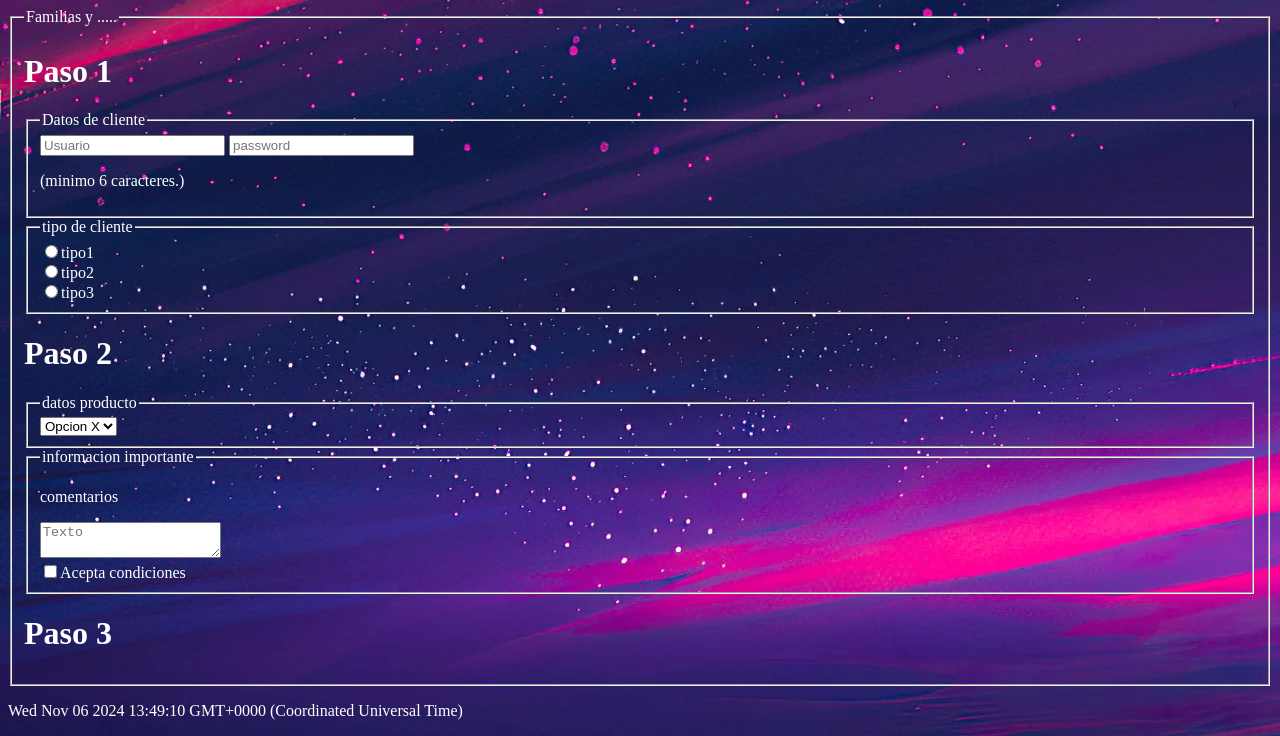
Repository: demoniers/clase
Page: lenguajes/html2/ej11/src/index.html
These files come from the project's save history. The page is drawn as it stood at one moment and after the next save; the edit follows.
The browser window is 1280 px wide. The pictures show the whole page.

Above is the page before, as saved 2024-11-18 13:13:10.

### lenguajes/html2/ej11/src/index.html
<!DOCTYPE html>
<html>
  <head>
    <base href="../img/">
    <title>Hojas de Estilo</title>
    <link rel="icon" type="image/x-icon" href="../img/icon.ico">
    <link rel="stylesheet" href="../style/style.css" />
    <meta name="author" content="Diego" />
    <meta name="description" content="Esto es una web" />
    <!---meta http-equiv="refresh" content="60; URL=http://www.google.com/" /> -->
  </head>

  <body>
    <div id="container">
      <fieldset>
        <legend>Familias y ..... </legend>
        <h1>Paso 1</h1>
        <fieldset class="75">
          <legend>Datos de cliente</legend>
          <input type="text" name="user" id="user" placeholder="Usuario">
          <input type="password" name="password" id="password" placeholder="password">
          <p>(minimo 6 caracteres.)</p>
        </fieldset>
        <fieldset class="25">
          <legend>tipo de cliente</legend>
          <input type="radio" name="tipo" id="tipo">tipo1<br>
          <input type="radio" name="tipo" id="tipo">tipo2<br>
          <input type="radio" name="tipo" id="tipo">tipo3<br>
        </fieldset>
        <h1>Paso 2</h1>
        <fieldset class="50">
          <legend>datos producto</legend>
          <select name="select" id="select">
            <option value="opcion X"> Opcion X</option>
            <option value="opcion X" selected> Opcion X</option>
            <option value="opcion X"> Opcion X</option>
            <option value="opcion X"> Opcion X</option>
            <option value="opcion X" selected> Opcion X</option>
            <option value="opcion X"> Opcion X</option>
            <option value="opcion X"> Opcion X</option>
            <option value="opcion X" selected> Opcion X</option>
          </select>
        </fieldset>
        <fieldset class="50">
          <legend>informacion importante</legend>
          <p>comentarios</p>
          <textarea name="text" id="text" placeholder="Texto"></textarea><br>
          <input type="checkbox" name="checkbox" id="checkbox" value="acepta">Acepta condiciones
        </fieldset>
        <h1>Paso 3</h1>
      </fieldset>
    </div>
    <p id="fh"></p>
  </body>
  <script>
    fecha = document.getElementById("fh");
    f = new Date();
    fecha.innerHTML = f;
</script>
</html>

### lenguajes/html2/ej11/style/style.css
        /* Estilo que aplica al cuerpo de la página */
        body {
            background-color: #ae58bb;
            background-image: url(../img/fondo.jpg);
            color: white;
        }

After the next save:
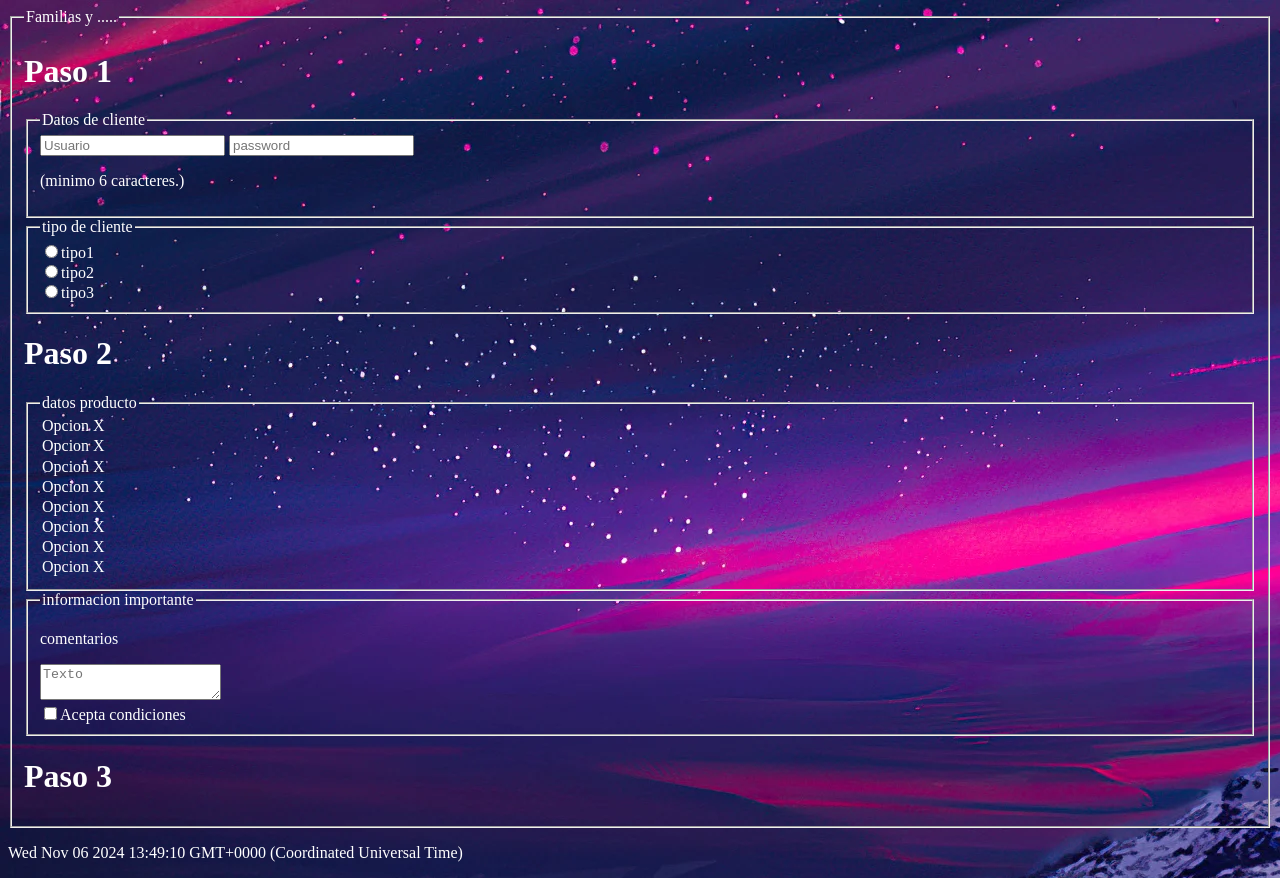
Saved 40 s later.
--- a/lenguajes/html2/ej11/src/index.html
+++ b/lenguajes/html2/ej11/src/index.html
@@ -30,7 +30,7 @@
         <h1>Paso 2</h1>
         <fieldset class="50">
           <legend>datos producto</legend>
-          <select name="select" id="select">
+          <area name="select" id="select">
             <option value="opcion X"> Opcion X</option>
             <option value="opcion X" selected> Opcion X</option>
             <option value="opcion X"> Opcion X</option>
@@ -39,7 +39,7 @@
             <option value="opcion X"> Opcion X</option>
             <option value="opcion X"> Opcion X</option>
             <option value="opcion X" selected> Opcion X</option>
-          </select>
+          </area>
         </fieldset>
         <fieldset class="50">
           <legend>informacion importante</legend>

After the save that followed:
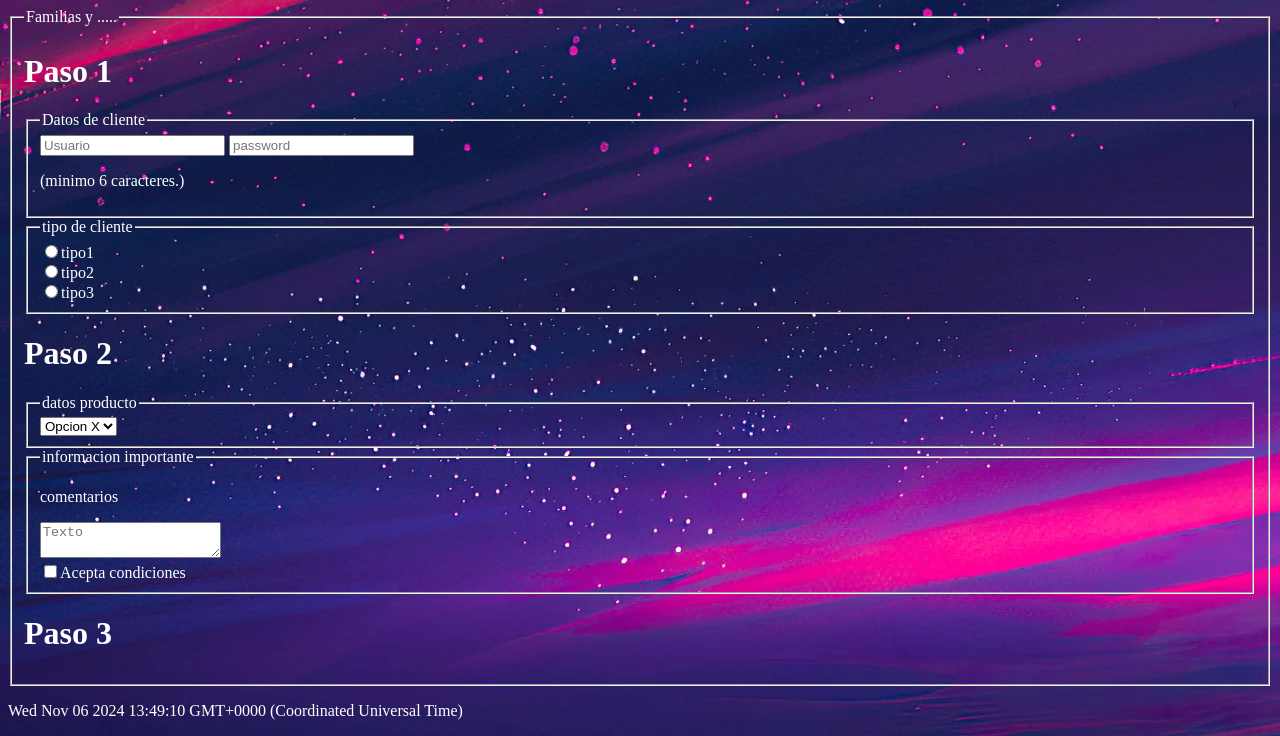
Saved 2 min 59 s later.
--- a/lenguajes/html2/ej11/src/index.html
+++ b/lenguajes/html2/ej11/src/index.html
@@ -30,7 +30,7 @@
         <h1>Paso 2</h1>
         <fieldset class="50">
           <legend>datos producto</legend>
-          <area name="select" id="select">
+          <select name="select" id="select">
             <option value="opcion X"> Opcion X</option>
             <option value="opcion X" selected> Opcion X</option>
             <option value="opcion X"> Opcion X</option>
@@ -39,7 +39,7 @@
             <option value="opcion X"> Opcion X</option>
             <option value="opcion X"> Opcion X</option>
             <option value="opcion X" selected> Opcion X</option>
-          </area>
+          </select>
         </fieldset>
         <fieldset class="50">
           <legend>informacion importante</legend>
